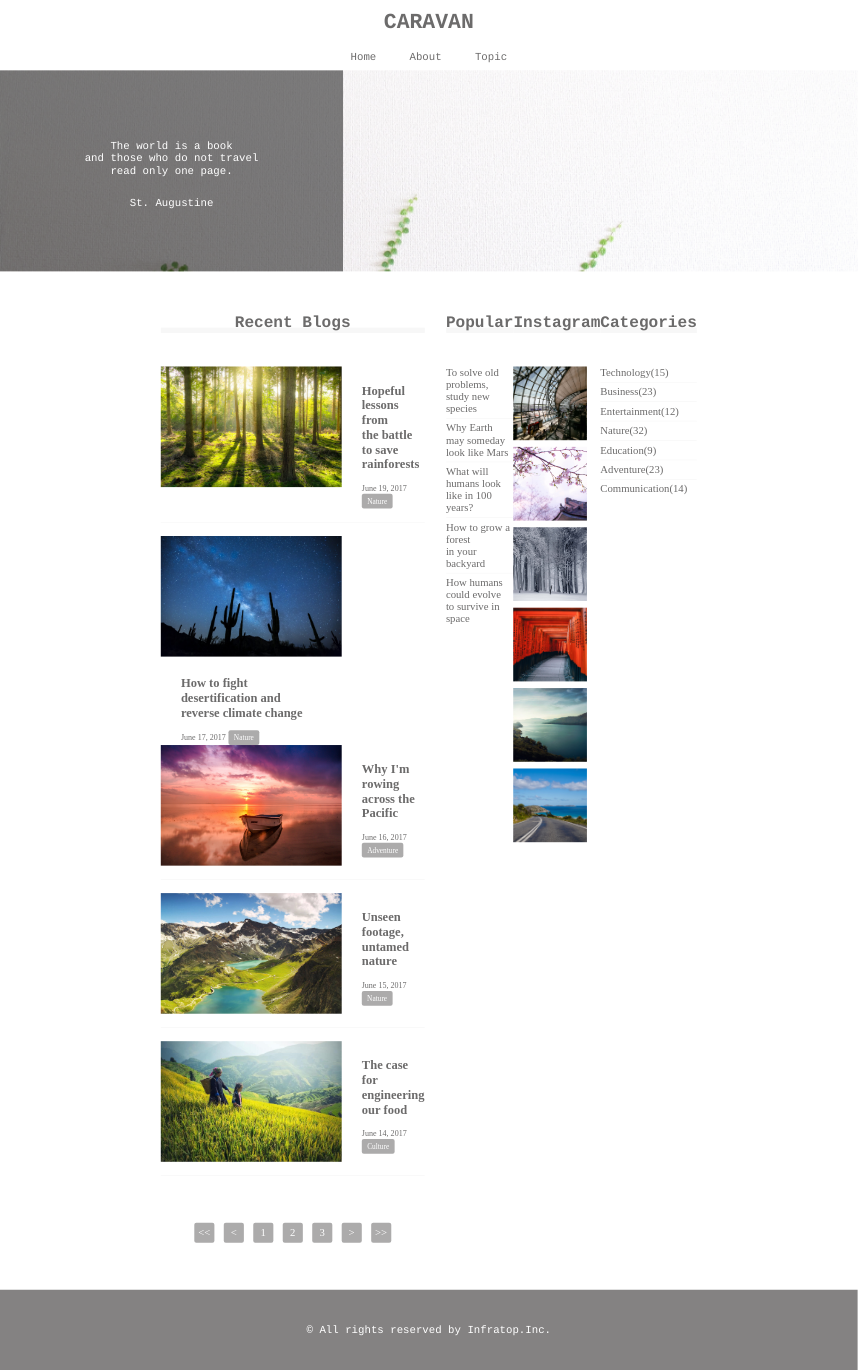
Repository: yesohnuki/shinya-ohnuki
Page: caravan/index.html
The author's editor kept a record of every edit. The page is drawn from the files as they stood at one moment, then again after the next edit.
The browser window is 1280 px wide. The pictures show the whole page, at 67% of full size.
Some web libraries are served in a nearby version.

Above is the page before.

### caravan/index.html
<!DOCTYPE html>
<html lang="ja">
  <head>
    <meta charset="UTF-8" />
    <script src="https://kit.fontawesome.com/944d3515bc.js" crossorigin="anonymous"></script>
    <link rel="stylesheet" href="style.css" />
    <title>CARAVAN</title>
  </head>

  <body>
    <header>
      <h1 class="heading">
        <a href="index.html">
          CARAVAN
        </a>
      </h1>

      <div class="social"></div>
    </header>

    <nav>
      <ul class="nav-list">
        <li class="nav-list-item">
          <a href="index.html">Home</a>
        </li>
        <li class="nav-list-item">About</li>
        <li class="nav-list-item">Topic</li>
      </ul>
    </nav>

    <div class="main-visual">
      <div class="main-visual-content">
        <p class="main-visual-text">
          The world is a book<br>
          and those who do not travel<br>
          read only one page.
        </p>
        <p class="main-visual-name">
          St. Augustine
        </p>
      </div>
    </div>

    <main>
     <section class="blog">
        <h2 class="blog-heading">Recent Blogs</h2>

        <div class="blog-box">
          <div class="blog-item">
            <img class="blog-image" src="img/forest.jpg" />
            <section class="blog-text">
              <h3 class="blog-text-heading">
                <a href="single.html">
                  Hopeful lessons from<br>
                  the battle to save<br>
                  rainforests
                </a>
              </h3>
              <p class="blog-date">June 19, 2017</p>
              <span class="category">Nature</span>
            </section>
          </div class="blog-item">
          <img class="blog-image" src="img/desert.jpg"/>
        <section class="blog-text">
          <h3 class="blog-text-heading">
            <a href="single.html">
              How to fight<br>
              desertification and<br>
              reverse climate change
            </a>
          </h3>
          <p class="blog-date">June 17, 2017</p>
          <span class="category">Nature</span>
        </section>
        </div>
          <div class="blog-item">
            <img class="blog-image" src="img/sunset.jpg" />
            <section class="blog-text">
              <h3 class="blog-text-heading">
                <a href="single.html">
                  Why I'm rowing<br>
                  across the Pacific
                </a>
              </h3>
              <p class="blog-date">June 16, 2017</p>
              <span class="category">Adventure</span>
            </section>
          </div>
          <div class="blog-item">
            <img class="blog-image" src="img/italy.jpg" />
            <section class="blog-text">
              <h3 class="blog-text-heading">
                <a href="single.html">
                  Unseen footage,<br>
                  untamed nature
                </a>
              </h3>
              <p class="blog-date">June 15, 2017</p>
              <span class="category">Nature</span>
            </section>
          </div>
          <div class="blog-item">
            <img class="blog-image" src="img/asia.jpg" />
            <section class="blog-text">
              <h3 class="blog-text-heading">
                <a href="single.html">
                  The case for<br>
                  engineering our food
                </a>
              </h3>
              <p class="blog-date">June 14, 2017</p>
              <span class="category">Culture</span>
            </section>
          </div>
        </div>
        <div class="pagination">
          <p><<</p>
          <p><</p>
          <p>1</p>
          <p>2</p>
          <p>3</p>
          <p>></p>
          <p>>></p>
        </div>
        </section>

      <div class="sidebar"></div>
      <section class="popular">
          <h2 class="popular-heading common-heading">Popular</h2>
          <div class="sidebar-contents">
            <p class="popular-text">To solve old problems,<br>study new species</p>
            <p class="popular-text">Why Earth may someday<br>look like Mars</p>
            <p class="popular-text">What will humans look<br>like in 100 years?</p>
            <p class="popular-text">How to grow a forest<br>in your backyard</p>
            <p class="popular-text">How humans could evolve<br>to survive in space</p>
          </div>
        </section>
        <section class="instagram">
          <h2 class="instagram-heading common-heading">Instagram</h2>
          <div class="sidebar-contents">
            <div class="instagram-box"></div>
            <div class="instagram-box"></div>
            <div class="instagram-box"></div>
            <div class="instagram-box"></div>
            <div class="instagram-box"></div>
            <div class="instagram-box"></div>
          </div>
        </section>
        <section class="categories">
          <h2 class="categories-heading common-heading">Categories</h2>
          <div class="sidebar-contents">
            <p class="categories-text">Technology(15)</p>
            <p class="categories-text">Business(23)</p>
            <p class="categories-text">Entertainment(12)</p>
            <p class="categories-text">Nature(32)</p>
            <p class="categories-text">Education(9)</p>
            <p class="categories-text">Adventure(23)</p>
            <p class="categories-text">Communication(14)</p>
          </div>
        </section>
      </div>
    </main>

    <footer>
      <p class="footer-text">© All rights reserved by Infratop.Inc.</p>
    </footer>
  </body>
</html>

### caravan/style.css
* {
  margin: 0;
  padding: 0;
  box-sizing: border-box;
  color: #6c6b6b;
}

a {
  text-decoration: none;
}

header, nav, h2, .main-visual, footer {
  font-family: Chalkduster, "Bradley Hand", Courier, "Segoe Print", sans-serif;
}

header {
  width: 90%;
  padding: 15px 0;
  margin: 0 auto;
  text-align: center;
  position: relative;
}

.social i {
  display: inline-block;
  margin-left: 20px;
}

.social {
  position: absolute;
  top: 22px;
  right: 22px;
}

header .heading {
  /* headerタグ内のheadingクラスにのみ反映される */
  font-size: 32px;
}

.nav-list {
  text-align: center;
  padding: 10px 0;
  margin: 0 auto;
}

.nav-list-item {
  list-style: none;
  display: inline-block;
  margin: 0 20px;
}

.main-visual {
  width: 100%; /* 横幅いっぱい */
  height: 300px; /* 高さ300px */
  background-image: url(img/mv.jpg);
  background-size: cover; /* 縦横比を維持したまま背景領域を埋め尽くす */
  background-position: center; /* 背景画像を中央に配置 */
}

.main-visual-content {
  width: 40%; /* 横幅40% */
  height: 300px; /* 親の高さに揃える */
  background-color: rgba(0, 0, 0, 0.5); /* 背景色を半透明の黒にする */
  text-align: center; /* 文字を中央揃えにする */
  padding-top: 105px; /* 上側の内側余白で垂直方向の位置を調整 */
}

.main-visual-text {
  color: #fff; /* 文字色を白に変更 */
}

.main-visual-name {
  margin-top: 30px; /* 上側の外側の余白 */
  color: #fff; /* 文字色を白に変更 */
}

main {
  width: 800px; /* 横幅800px */
  display: flex; /* Flexboxの利用 */
  justify-content: center; /* 要素の横並び・中央寄せ */
  margin: 0 auto; /* 要素の中央揃え */
  padding: 70px 0; /* 上下に70px、左右に0pxの内側余白 */
}

.blog {
  width: 540px;
  margin-right: 30px; /* 領域の右側余白 */
}

.blog-heading {
  border-bottom: 8px solid #f7f7f7;
  text-align: center;
  line-height: 0.6;
}

.blog-box {
  padding-top: 50px;
}

.blog-item {
  padding-bottom: 20px;
  margin-bottom: 20px;
  border-bottom: 1px solid #f7f7f7;
  display: flex;
  justify-content: flex-start;
}

.blog-image {
  height: 180px;
}

.blog-text {
  padding: 25px 0 0 30px;
}

.blog-text-heading {
  padding-bottom: 15px;
}

.blog-date {
  font-size: 12px;
  display: inline-block;
}

.category {
  display: inline-block;
  padding: 5px 8px;
  background-color: #acabab;
  border-radius: 3px;
  color: #fff;
  font-size: 11px;
}

.pagination {
  text-align: center;
  padding-top: 50px;
}
.pagination p {
  display: inline-block;
  width: 30px;
  height: 30px;
  margin: 0 5px;
  color: #fff;
  background-color: #acabab;
  border-radius: 3px;
  line-height: 30px;
}

.sidebar {
  width: 230px;
}
.common-heading {
  border-bottom: 8px solid #f7f7f7;
  text-align: center;
  line-height: 0.6;
}
.sidebar-contents {
  padding: 50px 0;
}
.popular-text,
.categories-text {
  padding-bottom: 5px;
  border-bottom: 1px solid #f7f7f7;
  margin-bottom: 5px;
}
.popular-text:last-child,
.categories-text:last-child {
  margin: 0;
  padding: 0;
  border: none;
}

.instagram .sidebar-contents {
  display: flex;
  flex-wrap: wrap;
}

.instagram-box {
  width: 110px;
  padding-top: 110px;
  background-size: cover;
  background-position: center;
  margin-bottom: 10px;
}
.instagram-box:nth-child(odd) {
  margin-right: 10px;
}
.instagram-box:nth-child(1) {
  background-image: url(img/airport.jpg);
}
.instagram-box:nth-child(2) {
  background-image: url(img/japan.jpg);
}
.instagram-box:nth-child(3) {
  background-image: url(img/snow.jpg);
}
.instagram-box:nth-child(4) {
  background-image: url(img/japan2.jpg);
}
.instagram-box:nth-child(5) {
  background-image: url(img/lake.jpg);
}
.instagram-box:nth-child(6) {
  background-image: url(img/road.jpg);
}

footer {
  width: 100%;
  height: 120px;
  text-align: center;
  line-height: 120px;
  background-color: #848282;
}

.footer-text {
  color: #fff;
}

After the next edit:
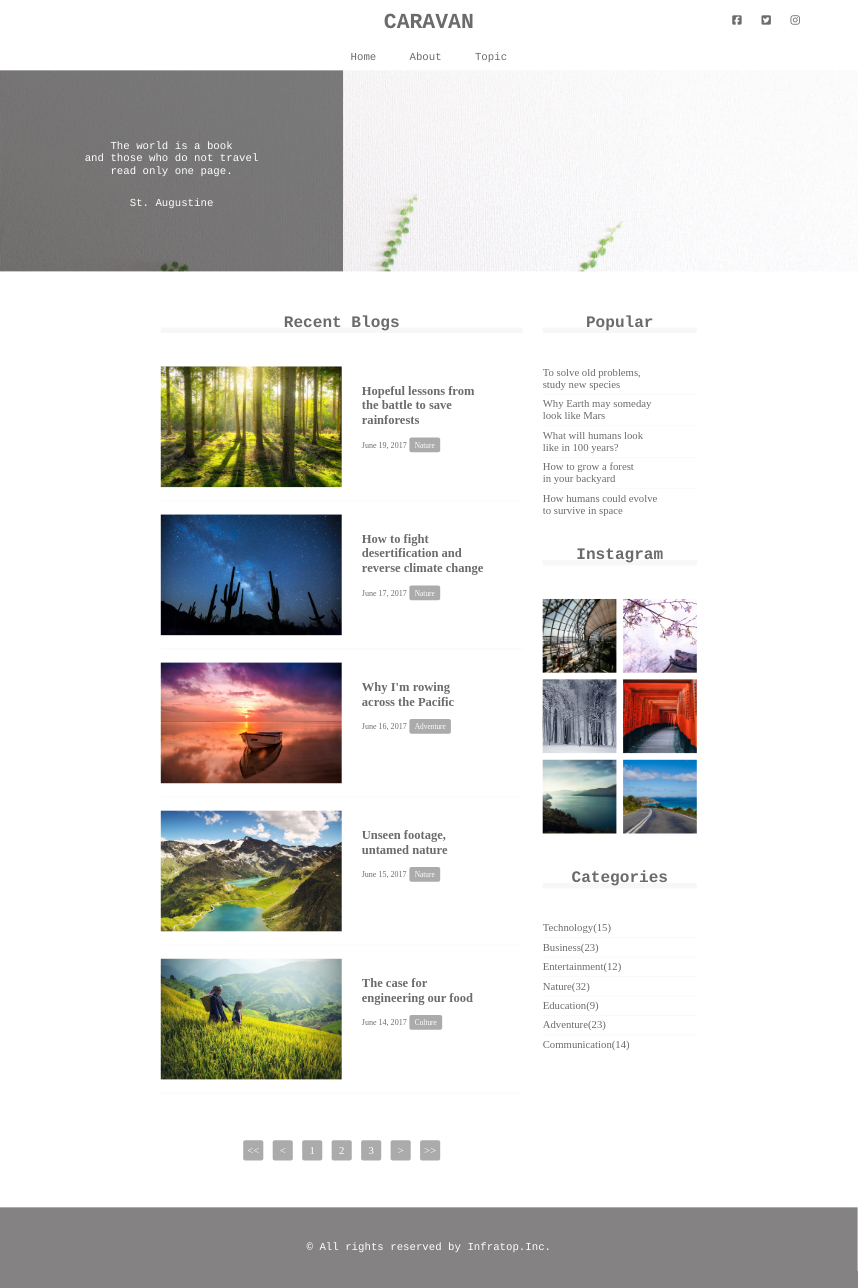
The edit:
--- a/caravan/index.html
+++ b/caravan/index.html
@@ -2,22 +2,28 @@
 <html lang="ja">
   <head>
     <meta charset="UTF-8" />
+    <meta name="viewport" content="width=device-width,initial-scale=1.0">
     <script src="https://kit.fontawesome.com/944d3515bc.js" crossorigin="anonymous"></script>
     <link rel="stylesheet" href="style.css" />
     <title>CARAVAN</title>
   </head>
 
   <body>
+    <!-- header -->
     <header>
       <h1 class="heading">
         <a href="index.html">
           CARAVAN
         </a>
       </h1>
-
-      <div class="social"></div>
+      <div class="social">
+        <i class="fab fa-facebook-square"></i>
+        <i class="fab fa-twitter-square"></i>
+        <i class="fab fa-instagram"></i>
+      </div>
     </header>
 
+    <!-- navigation -->
     <nav>
       <ul class="nav-list">
         <li class="nav-list-item">
@@ -28,11 +34,12 @@
       </ul>
     </nav>
 
+    <!-- main-visual用のdiv -->
     <div class="main-visual">
       <div class="main-visual-content">
         <p class="main-visual-text">
-          The world is a book<br>
-          and those who do not travel<br>
+          The world is a book<br />
+          and those who do not travel<br />
           read only one page.
         </p>
         <p class="main-visual-name">
@@ -41,44 +48,45 @@
       </div>
     </div>
 
+    <!-- main用のdiv -->
     <main>
-     <section class="blog">
+      <section class="blog">
         <h2 class="blog-heading">Recent Blogs</h2>
-
         <div class="blog-box">
           <div class="blog-item">
             <img class="blog-image" src="img/forest.jpg" />
             <section class="blog-text">
               <h3 class="blog-text-heading">
                 <a href="single.html">
-                  Hopeful lessons from<br>
-                  the battle to save<br>
+                  Hopeful lessons from<br />
+                  the battle to save<br />
                   rainforests
                 </a>
               </h3>
               <p class="blog-date">June 19, 2017</p>
               <span class="category">Nature</span>
             </section>
-          </div class="blog-item">
-          <img class="blog-image" src="img/desert.jpg"/>
-        <section class="blog-text">
-          <h3 class="blog-text-heading">
-            <a href="single.html">
-              How to fight<br>
-              desertification and<br>
-              reverse climate change
-            </a>
-          </h3>
-          <p class="blog-date">June 17, 2017</p>
-          <span class="category">Nature</span>
-        </section>
-        </div>
+          </div>
+          <div class="blog-item">
+            <img class="blog-image" src="img/desert.jpg" />
+            <section class="blog-text">
+              <h3 class="blog-text-heading">
+                <a href="single.html">
+                  How to fight<br />
+                  desertification and<br />
+                  reverse climate change
+                </a>
+              </h3>
+              <p class="blog-date">June 17, 2017</p>
+              <span class="category">Nature</span>
+            </section>
+          </div>
           <div class="blog-item">
             <img class="blog-image" src="img/sunset.jpg" />
             <section class="blog-text">
               <h3 class="blog-text-heading">
                 <a href="single.html">
-                  Why I'm rowing<br>
+                  Why I'm rowing<br />
                   across the Pacific
                 </a>
               </h3>
@@ -91,7 +99,7 @@
             <section class="blog-text">
               <h3 class="blog-text-heading">
                 <a href="single.html">
-                  Unseen footage,<br>
+                  Unseen footage,<br />
                   untamed nature
                 </a>
               </h3>
@@ -104,7 +112,7 @@
             <section class="blog-text">
               <h3 class="blog-text-heading">
                 <a href="single.html">
-                  The case for<br>
+                  The case for<br />
                   engineering our food
                 </a>
               </h3>
@@ -122,17 +130,26 @@
           <p>></p>
           <p>>></p>
         </div>
-        </section>
-
-      <div class="sidebar"></div>
-      <section class="popular">
-          <h2 class="popular-heading common-heading">Popular</h2>
+      </section>
+      <div class="sidebar">
+        <section class="popular">
+          <h2 class="sidebar-heading common-heading">Popular</h2>
           <div class="sidebar-contents">
-            <p class="popular-text">To solve old problems,<br>study new species</p>
-            <p class="popular-text">Why Earth may someday<br>look like Mars</p>
-            <p class="popular-text">What will humans look<br>like in 100 years?</p>
-            <p class="popular-text">How to grow a forest<br>in your backyard</p>
-            <p class="popular-text">How humans could evolve<br>to survive in space</p>
+            <p class="popular-text">
+              To solve old problems,<br />study new species
+            </p>
+            <p class="popular-text">
+              Why Earth may someday<br />look like Mars
+            </p>
+            <p class="popular-text">
+              What will humans look<br />like in 100 years?
+            </p>
+            <p class="popular-text">
+              How to grow a forest<br />in your backyard
+            </p>
+            <p class="popular-text">
+              How humans could evolve<br />to survive in space
+            </p>
           </div>
         </section>
         <section class="instagram">
@@ -161,6 +178,7 @@
       </div>
     </main>
 
+    <!-- footer -->
     <footer>
       <p class="footer-text">© All rights reserved by Infratop.Inc.</p>
     </footer>
